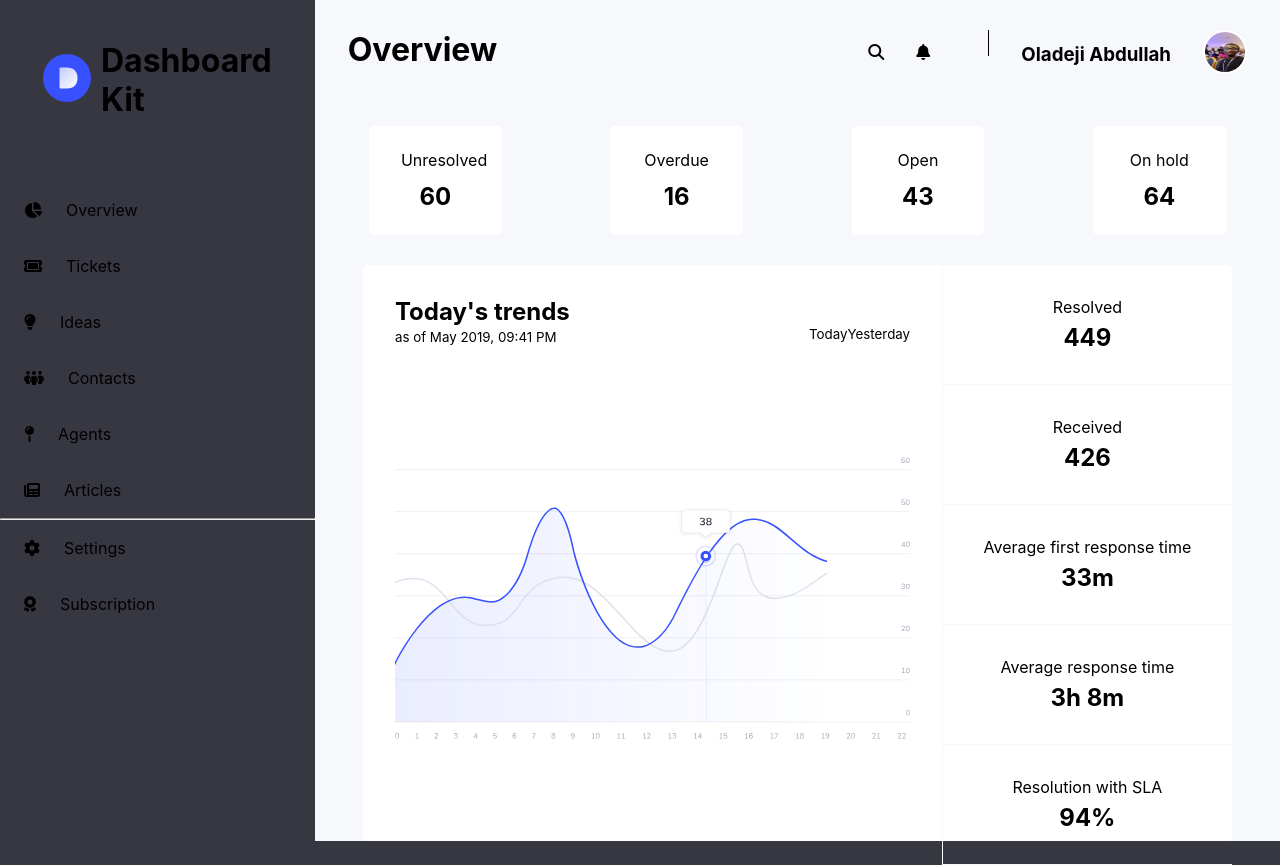
Repository: BuduCE/dashboard
Page: /
An editor plug-in stored every save of this project. The page is shown before and after the next save, followed by the edit.
The browser window is 1280 px wide. The pictures show the whole page.
Some web libraries are served in a nearby version. The project was rebuilt for these pictures with package versions that can differ from the ones it lists, and the page was loaded fresh each time.

Above is the page before, as saved 2022-08-04 07:26:06.

After the next save:
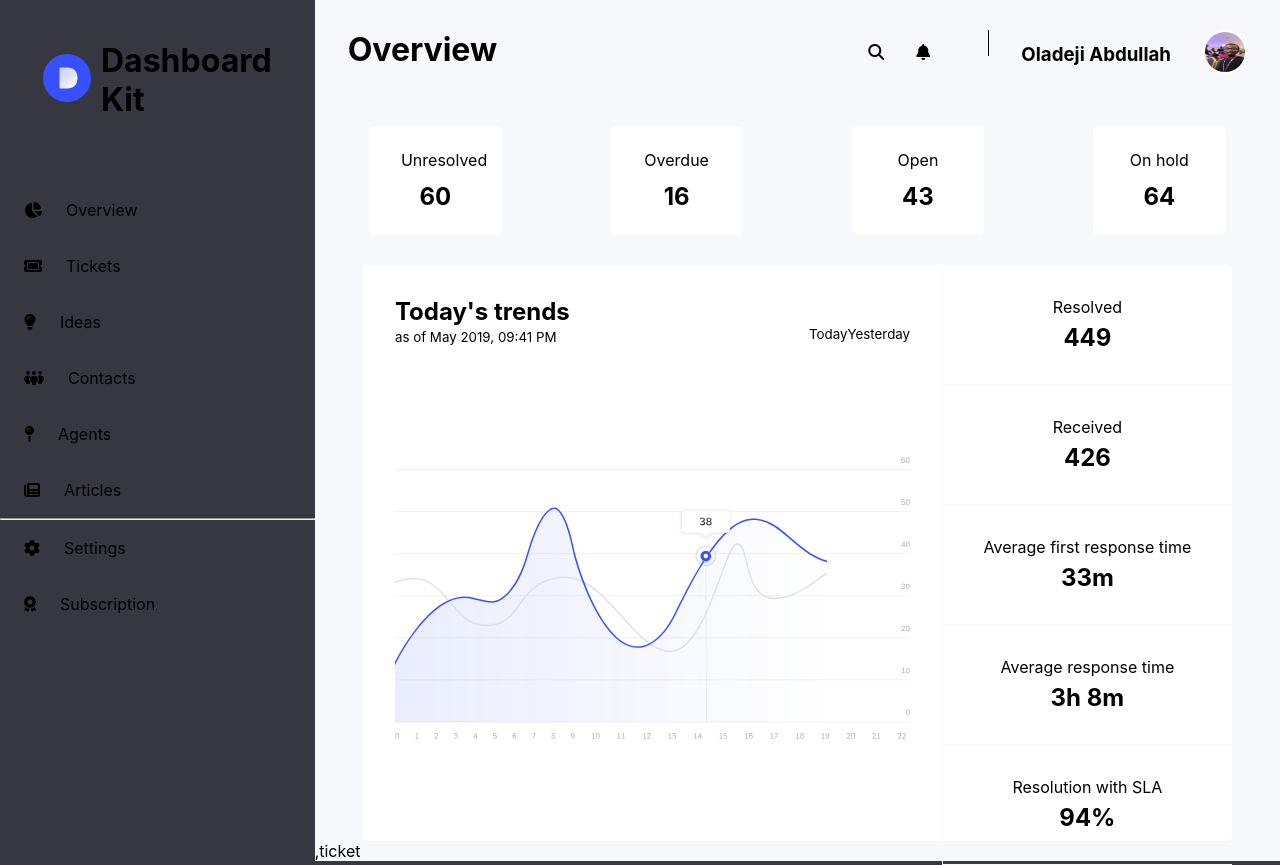
Saved 19 min 27 s later.
--- a/src/pages/Overview/index.jsx
+++ b/src/pages/Overview/index.jsx
@@ -72,7 +72,7 @@ const Overview = () => {
             </div>
         </div>
 
-
+        ,ticket
     </div>
   )
 }
